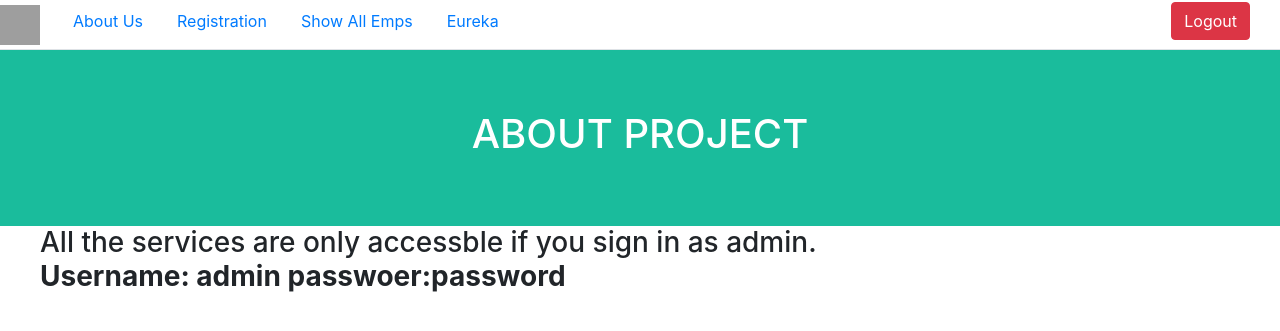
Repository: Shwetank-Chaudhary/EmployeeManagement-
Page: HomePage/src/main/webapp/AboutUs.html
These files come from the project's save history. The page is drawn as it stood at one moment and after the next save; the edit follows.
The browser window is 1280 px wide. The pictures show the whole page.
Pictures or frames that could not be fetched are drawn as grey boxes.

Above is the page before, as saved 2024-01-01 17:10:22.

### HomePage/src/main/webapp/AboutUs.html
<!DOCTYPE html>
<html>

<head>
	<meta charset="UTF-8">
	<title>ABOUT PROJECT</title>
	<link rel="stylesheet" href="https://cdn.jsdelivr.net/npm/bootstrap@4.0.0/dist/css/bootstrap.min.css"
		integrity="sha384-Gn5384xqQ1aoWXA+058RXPxPg6fy4IWvTNh0E263XmFcJlSAwiGgFAW/dAiS6JXm" crossorigin="anonymous"
		type="text/css">

	<style>
		.header {
			padding: 60px;
			text-align: center;
			background: #1abc9c;
			color: white;
			font-size: 30px;
		}

		#logout {
			position: absolute;
			right: 30px;
			top: 2px;
		}
	</style>
</head>

<body>
	<ul class="nav nav-tabs">
		<!-- Logo -->
		<li class="nav-item">
			<a class="navbar-brand" href="Home.html">
				<img src="https://drive.google.com/uc?id=1iFuzqzRuZ8NSsH9akJaVqbD3UM7I9Yh6" alt="Logo" height="40"
					width="40">
			</a>
		</li>
		<li class="nav-item-active">
			<a class="nav-link" href="AboutUs.html">About Us</a>
		</li>
		<li class="nav-item">
			<a class="nav-link" href="./Registration.html">Registration</a>
		</li>
		<li class="nav-item">
			<a class="nav-link" href="ADMIN_showemp.html">Show All Emps</a>
		</li>
		<li class="nav-item">
			<a class="nav-link" href="http://localhost:8761/">Eureka</a>
		</li>

		<li class="nav-item">
			<a href="http://localhost:1080/logout"><button class="btn btn-danger" id="logout">Logout</button></a>
		</li>
	</ul>
	<div class="header">
		<h1>ABOUT PROJECT</h1>
	</div>
	<div>
		<ul><h3>All the services are only accessble if you sign in as admin.<br>
		<b>Username: admin		passwoer:password</b></h3></ul>

</body>

</html>

After the next save:
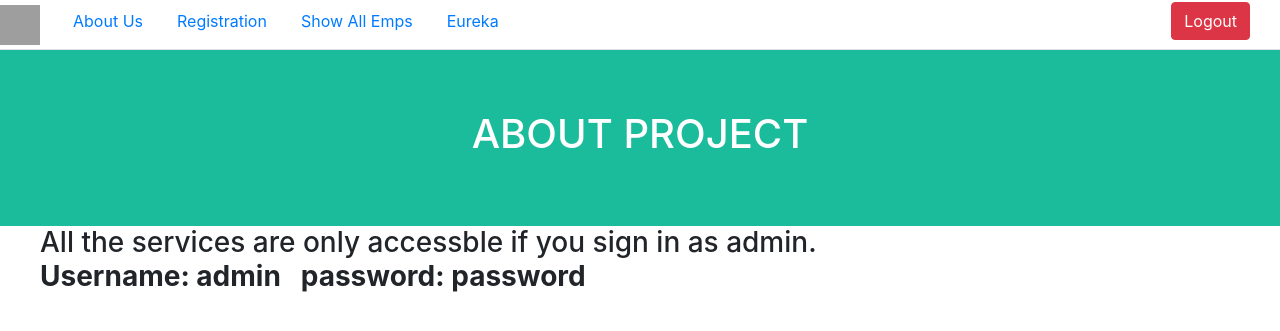
Saved 70 s later.
--- a/HomePage/src/main/webapp/AboutUs.html
+++ b/HomePage/src/main/webapp/AboutUs.html
@@ -56,7 +56,7 @@
 	</div>
 	<div>
 		<ul><h3>All the services are only accessble if you sign in as admin.<br>
-		<b>Username: admin		passwoer:password</b></h3></ul>
+		<b>Username: admin &nbsp; password: password</b></h3></ul>
 
 </body>
 
